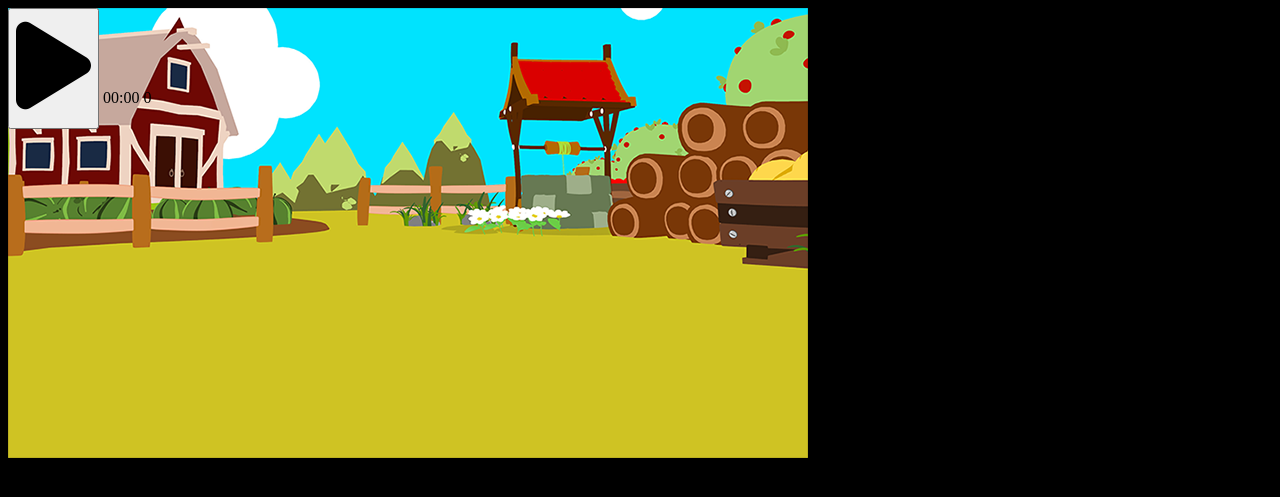
Repository: rladpwl0512/dreamcoding_browser101
Page: (7) catch-carrot-game/catch carrot/index.html
An editor plug-in stored every save of this project. The page is shown before and after the next save, followed by the edit.
The browser window is 1280 px wide. The pictures show the whole page.
Some web libraries are served in a nearby version.

Above is the page before, as saved 2021-10-06 19:21:45.

After the next save:
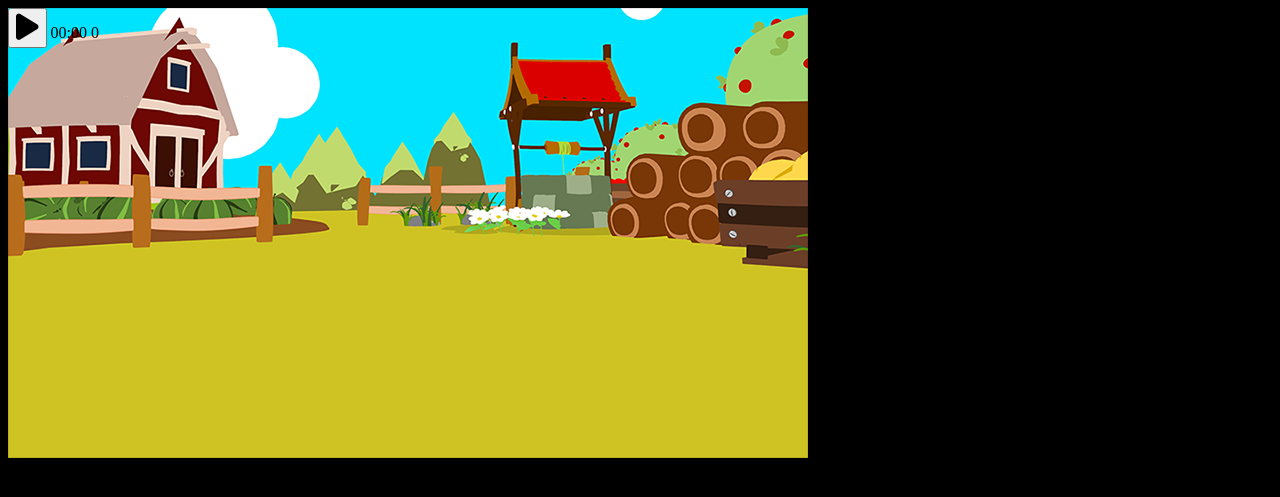
Saved 13 s later.
--- a/(7) catch-carrot-game/catch carrot/style.css
+++ b/(7) catch-carrot-game/catch carrot/style.css
@@ -12,7 +12,7 @@
 }
 
 .btn {
-  font-size: 100px;
+  font-size: 30px;
 }
 
 .blind {
